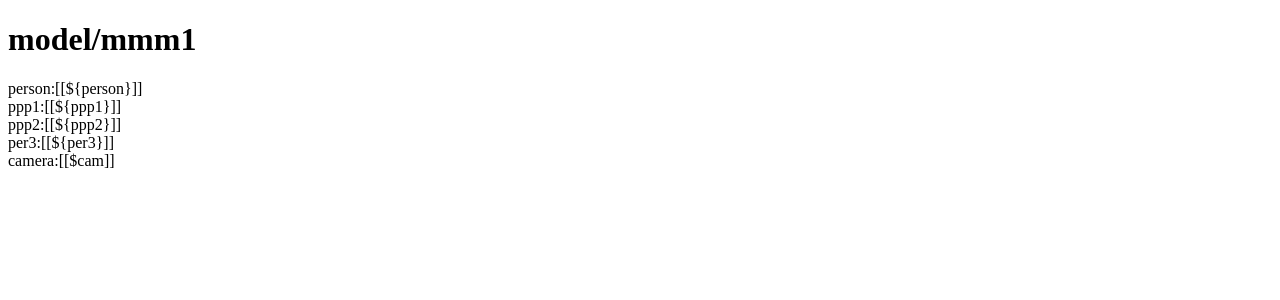
Repository: Yousehyeon/spring_work
Page: stsMvcProj/src/main/webapp/views/model/mmm1.html
These files come from the project's save history. The page is drawn as it stood at one moment and after the next save; the edit follows.
The browser window is 1280 px wide. The pictures show the whole page.

Above is the page before, as saved 2023-08-23 07:15:39.

### stsMvcProj/src/main/webapp/views/model/mmm1.html
<!DOCTYPE html>
<html>
<head>
<meta charset="UTF-8">
<title>model/mmm1</title>
</head>
<body>
<h1>model/mmm1</h1>
person:[[${person}]]<br/>
ppp1:[[${ppp1}]]<br/>
ppp2:[[${ppp2}]]<br/>
per3:[[${per3}]]<br/>
camera:[[$cam]]<br/>
</body>
</html>

After the next save:
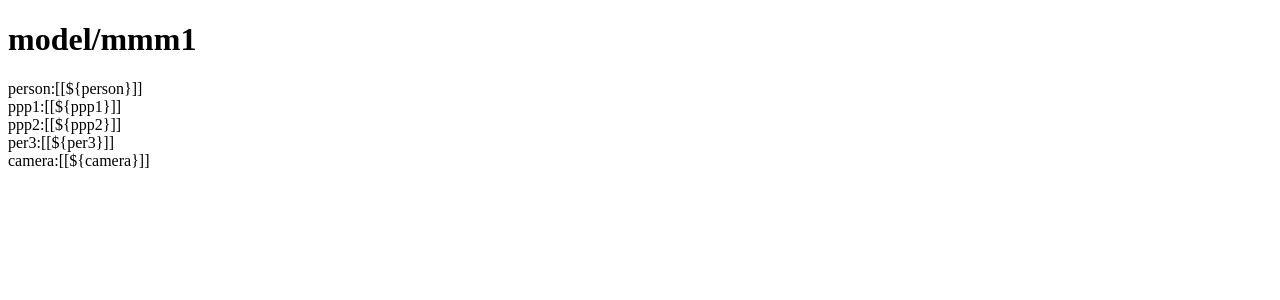
Saved 53 s later.
--- a/stsMvcProj/src/main/webapp/views/model/mmm1.html
+++ b/stsMvcProj/src/main/webapp/views/model/mmm1.html
@@ -10,6 +10,6 @@
 ppp1:[[${ppp1}]]<br/>
 ppp2:[[${ppp2}]]<br/>
 per3:[[${per3}]]<br/>
-camera:[[$cam]]<br/>
+camera:[[${camera}]]<br/>
 </body>
 </html>
